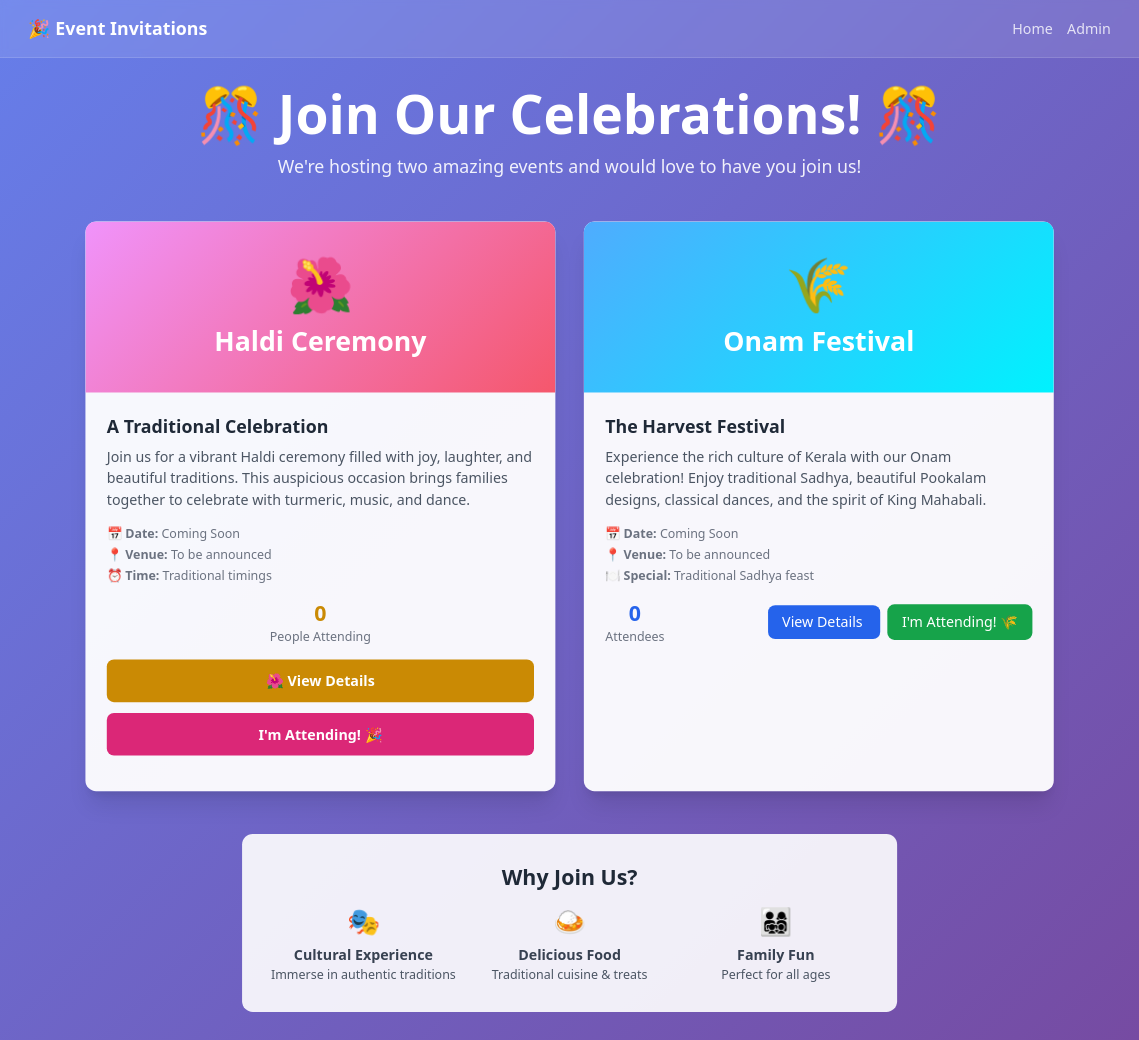
Repository: nanduldas/invitation
Page: http://localhost/
The author's editor kept a copy of each file at every save. The page is drawn from the files as they stood at one save, then again after a run of saves.
The browser window is 1280 px wide. The pictures show the whole page, at 89% of full size.
Some web libraries are served in a nearby version. The page is served by the project's Laravel application, run on PHP 8.4 with Laravel 12. Other server files are loaded and not shown. Queries for data that is not in the repository find no rows.

Above is the page before, as saved 2025-08-22 23:35:43.

### routes/web.php
<?php

use Illuminate\Support\Facades\Route;
use App\Http\Controllers\EventController;

Route::get('/', [EventController::class, 'index'])->name('home');
Route::get('/event/{event}', [EventController::class, 'show'])->name('event.show');
Route::post('/register', [EventController::class, 'register'])->name('register');
Route::get('/admin/attendees', [EventController::class, 'admin'])->name('admin.attendees');

### app/Http/Controllers/EventController.php
<?php

namespace App\Http\Controllers;

use Illuminate\Http\Request;
use App\Models\Attendee;
use Illuminate\Support\Facades\Validator;

class EventController extends Controller
{
    public function index()
    {
        $haldiCount = Attendee::forEvent('haldi')->count();
        $onamCount = Attendee::forEvent('onam')->count();

        return view('events.index', compact('haldiCount', 'onamCount'));
    }

    public function show($event)
    {
        if (!in_array($event, ['haldi', 'onam'])) {
            abort(404);
        }

        $attendeesCount = Attendee::forEvent($event)->count();

        return view('events.show', compact('event', 'attendeesCount'));
    }

    public function register(Request $request)
    {
        $validator = Validator::make($request->all(), [
            'name' => 'required|string|max:255',
            'phone' => 'required|string|max:20',
            'event' => 'required|in:haldi,onam'
        ]);

        if ($validator->fails()) {
            return response()->json([
                'success' => false,
                'message' => 'Please fill all fields correctly.'
            ], 422);
        }

        // Check if attendee already exists based on phone number
        $existingAttendee = Attendee::where('phone', $request->phone)->first();

        if ($existingAttendee) {
            return response()->json([
                'success' => true,
                'message' => 'You are already on our list, thank you! 🎉',
                'attendee_count' => Attendee::forEvent($request->event)->count()
            ]);
        }

        // Create new attendee
        $attendee = Attendee::create([
            'name' => $request->name,
            'phone' => $request->phone,
            'event' => $request->event
        ]);

        $attendeeCount = Attendee::forEvent($request->event)->count();

        return response()->json([
            'success' => true,
            'message' => "Welcome to our celebration, {$request->name}! 🌟 We're excited to have you join us!",
            'attendee_count' => $attendeeCount
        ]);
    }

    public function admin()
    {
        $haldiAttendees = Attendee::forEvent('haldi')->get();
        $onamAttendees = Attendee::forEvent('onam')->get();

        return view('admin.attendees', compact('haldiAttendees', 'onamAttendees'));
    }
}

### app/Models/Attendee.php
<?php

namespace App\Models;

use Illuminate\Database\Eloquent\Model;

class Attendee extends Model
{
    protected $fillable = [
        'name',
        'phone',
        'event'
    ];

    protected $casts = [
        'event' => 'string'
    ];

    public function scopeForEvent($query, $event)
    {
        return $query->where('event', $event);
    }
}

### resources/views/events/index.blade.php
@extends('layouts.app')

@section('title', 'Welcome - Event Invitations')

@section('content')
<div class="max-w-6xl mx-auto px-4 sm:px-6 lg:px-8">
    <div class="text-center mb-12">
        <h1 class="text-4xl md:text-6xl font-bold text-white mb-4">
            🎊 Join Our Celebrations! 🎊
        </h1>
        <p class="text-xl text-white/90 mb-8">
            We're hosting two amazing events and would love to have you join us!
        </p>
    </div>

    <div class="grid md:grid-cols-2 gap-8 mb-12">
        <!-- Haldi Event Card -->
        <div class="bg-white/95 rounded-xl shadow-xl overflow-hidden card-hover">
            <div class="gradient-haldi h-48 flex items-center justify-center">
                <div class="text-center text-white">
                    <div class="text-6xl mb-4">🌺</div>
                    <h2 class="text-3xl font-bold">Haldi Ceremony</h2>
                </div>
            </div>
            <div class="p-6">
                <div class="mb-4">
                    <h3 class="text-xl font-semibold text-gray-800 mb-2">A Traditional Celebration</h3>
                    <p class="text-gray-600 mb-4">
                        Join us for a vibrant Haldi ceremony filled with joy, laughter, and beautiful traditions.
                        This auspicious occasion brings families together to celebrate with turmeric, music, and dance.
                    </p>
                    <div class="text-sm text-gray-500 space-y-1">
                        <p>📅 <strong>Date:</strong> Coming Soon</p>
                        <p>📍 <strong>Venue:</strong> To be announced</p>
                        <p>⏰ <strong>Time:</strong> Traditional timings</p>
                    </div>
                </div>
                <div class="mb-4">
                    <div class="text-center mb-4">
                        <div class="text-2xl font-bold text-yellow-600 attendee-count" data-event="haldi">{{ $haldiCount }}</div>
                        <div class="text-sm text-gray-500">People Attending</div>
                    </div>
                    <div class="space-y-3">
                        <a href="{{ route('event.show', 'haldi') }}"
                           class="block w-full px-4 py-3 bg-yellow-600 text-white text-center rounded-lg hover:bg-yellow-700 transition-colors font-semibold">
                            🌺 View Details
                        </a>
                        <button onclick="openModal('haldi')"
                                class="w-full px-4 py-3 bg-pink-600 text-white rounded-lg hover:bg-pink-700 transition-colors font-semibold">
                            I'm Attending! 🎉
                        </button>
                    </div>
                </div>
            </div>
        </div>

        <!-- Onam Event Card -->
        <div class="bg-white/95 rounded-xl shadow-xl overflow-hidden card-hover">
            <div class="gradient-onam h-48 flex items-center justify-center">
                <div class="text-center text-white">
                    <div class="text-6xl mb-4">🌾</div>
                    <h2 class="text-3xl font-bold">Onam Festival</h2>
                </div>
            </div>
            <div class="p-6">
                <div class="mb-4">
                    <h3 class="text-xl font-semibold text-gray-800 mb-2">The Harvest Festival</h3>
                    <p class="text-gray-600 mb-4">
                        Experience the rich culture of Kerala with our Onam celebration! Enjoy traditional Sadhya,
                        beautiful Pookalam designs, classical dances, and the spirit of King Mahabali.
                    </p>
                    <div class="text-sm text-gray-500 space-y-1">
                        <p>📅 <strong>Date:</strong> Coming Soon</p>
                        <p>📍 <strong>Venue:</strong> To be announced</p>
                        <p>🍽️ <strong>Special:</strong> Traditional Sadhya feast</p>
                    </div>
                </div>
                <div class="flex items-center justify-between">
                    <div class="text-center">
                        <div class="text-2xl font-bold text-blue-600 attendee-count" data-event="onam">{{ $onamCount }}</div>
                        <div class="text-sm text-gray-500">Attendees</div>
                    </div>
                    <div class="space-x-2">
                        <a href="{{ route('event.show', 'onam') }}"
                           class="px-4 py-2 bg-blue-600 text-white rounded-lg hover:bg-blue-700 transition-colors">
                            View Details
                        </a>
                        <button onclick="openModal('onam')"
                                class="px-4 py-2 bg-green-600 text-white rounded-lg hover:bg-green-700 transition-colors">
                            I'm Attending! 🌾
                        </button>
                    </div>
                </div>
            </div>
        </div>
    </div>

    <div class="text-center">
        <div class="bg-white/90 rounded-xl p-8 inline-block">
            <h3 class="text-2xl font-bold text-gray-800 mb-4">Why Join Us?</h3>
            <div class="grid md:grid-cols-3 gap-6 text-center">
                <div>
                    <div class="text-3xl mb-2">🎭</div>
                    <h4 class="font-semibold text-gray-700">Cultural Experience</h4>
                    <p class="text-sm text-gray-600">Immerse in authentic traditions</p>
                </div>
                <div>
                    <div class="text-3xl mb-2">🍛</div>
                    <h4 class="font-semibold text-gray-700">Delicious Food</h4>
                    <p class="text-sm text-gray-600">Traditional cuisine & treats</p>
                </div>
                <div>
                    <div class="text-3xl mb-2">👨‍👩‍👧‍👦</div>
                    <h4 class="font-semibold text-gray-700">Family Fun</h4>
                    <p class="text-sm text-gray-600">Perfect for all ages</p>
                </div>
            </div>
        </div>
    </div>
</div>
@endsection

### resources/views/layouts/app.blade.php
<!DOCTYPE html>
<html lang="en">
<head>
    <meta charset="UTF-8">
    <meta name="viewport" content="width=device-width, initial-scale=1.0">
    <meta name="csrf-token" content="{{ csrf_token() }}">
    <title>@yield('title', 'Event Invitations')</title>
    <script src="https://cdn.tailwindcss.com"></script>
    <script src="https://code.jquery.com/jquery-3.6.0.min.js"></script>
    <style>
        .gradient-bg {
            background: linear-gradient(135deg, #667eea 0%, #764ba2 100%);
        }
        .gradient-haldi {
            background: linear-gradient(135deg, #f093fb 0%, #f5576c 100%);
        }
        .gradient-onam {
            background: linear-gradient(135deg, #4facfe 0%, #00f2fe 100%);
        }
        .card-hover {
            transition: transform 0.3s ease, box-shadow 0.3s ease;
        }
        .card-hover:hover {
            transform: translateY(-5px);
            box-shadow: 0 20px 25px -5px rgba(0, 0, 0, 0.1), 0 10px 10px -5px rgba(0, 0, 0, 0.04);
        }
        .modal {
            transition: opacity 0.25s ease;
        }
        .modal-backdrop {
            background-color: rgba(0, 0, 0, 0.5);
        }
    </style>
</head>
<body class="min-h-screen gradient-bg">
    <nav class="bg-white/10 backdrop-blur-sm border-b border-white/20">
        <div class="max-w-7xl mx-auto px-4 sm:px-6 lg:px-8">
            <div class="flex justify-between h-16">
                <div class="flex items-center">
                    <a href="{{ route('home') }}" class="text-white text-xl font-bold">
                        🎉 Event Invitations
                    </a>
                </div>
                <div class="flex items-center space-x-4">
                    <a href="{{ route('home') }}" class="text-white/80 hover:text-white transition-colors">
                        Home
                    </a>
                    <a href="{{ route('admin.attendees') }}" class="text-white/80 hover:text-white transition-colors">
                        Admin
                    </a>
                </div>
            </div>
        </div>
    </nav>

    <main class="py-8">
        @yield('content')
    </main>

    <!-- Registration Modal -->
    <div id="registrationModal" class="modal fixed inset-0 z-50 hidden">
        <div class="modal-backdrop fixed inset-0" onclick="closeModal()"></div>
        <div class="fixed inset-0 flex items-center justify-center p-4">
            <div class="bg-white rounded-lg shadow-xl max-w-md w-full mx-4 transform transition-all">
                <div class="p-6">
                    <div class="flex justify-between items-center mb-4">
                        <h3 class="text-lg font-semibold text-gray-900">Register for Event</h3>
                        <button onclick="closeModal()" class="text-gray-400 hover:text-gray-600">
                            <svg class="w-6 h-6" fill="none" stroke="currentColor" viewBox="0 0 24 24">
                                <path stroke-linecap="round" stroke-linejoin="round" stroke-width="2" d="M6 18L18 6M6 6l12 12"></path>
                            </svg>
                        </button>
                    </div>

                    <form id="registrationForm">
                        @csrf
                        <input type="hidden" id="eventType" name="event" value="">

                        <div class="mb-4">
                            <label for="name" class="block text-sm font-medium text-gray-700 mb-2">Full Name</label>
                            <input type="text" id="name" name="name" required
                                   class="w-full px-3 py-2 border border-gray-300 rounded-md focus:outline-none focus:ring-2 focus:ring-blue-500">
                        </div>

                        <div class="mb-6">
                            <label for="phone" class="block text-sm font-medium text-gray-700 mb-2">Phone Number</label>
                            <input type="tel" id="phone" name="phone" required
                                   class="w-full px-3 py-2 border border-gray-300 rounded-md focus:outline-none focus:ring-2 focus:ring-blue-500">
                        </div>

                        <div class="flex space-x-3">
                            <button type="button" onclick="closeModal()"
                                    class="flex-1 px-4 py-2 text-gray-600 border border-gray-300 rounded-md hover:bg-gray-50 transition-colors">
                                Cancel
                            </button>
                            <button type="submit"
                                    class="flex-1 px-4 py-2 bg-blue-600 text-white rounded-md hover:bg-blue-700 transition-colors">
                                Register
                            </button>
                        </div>
                    </form>
                </div>
            </div>
        </div>
    </div>

    <script>
        function openModal(event) {
            document.getElementById('eventType').value = event;
            document.getElementById('registrationModal').classList.remove('hidden');
            document.body.style.overflow = 'hidden';
        }

        function closeModal() {
            document.getElementById('registrationModal').classList.add('hidden');
            document.body.style.overflow = 'auto';
            document.getElementById('registrationForm').reset();
        }

        $(document).ready(function() {
            $('#registrationForm').on('submit', function(e) {
                e.preventDefault();

                $.ajax({
                    url: '{{ route("register") }}',
                    method: 'POST',
                    data: $(this).serialize(),
                    success: function(response) {
                        alert(response.message);
                        if (response.attendee_count) {
                            // Update the count on the page
                            const event = $('#eventType').val();
                            $('.attendee-count[data-event="' + event + '"]').text(response.attendee_count);
                        }
                        closeModal();
                    },
                    error: function(xhr) {
                        const response = JSON.parse(xhr.responseText);
                        alert(response.message || 'An error occurred. Please try again.');
                    }
                });
            });
        });

        // ESC key to close modal
        document.addEventListener('keydown', function(e) {
            if (e.key === 'Escape') {
                closeModal();
            }
        });
    </script>

    @yield('scripts')
</body>
</html>

Loaded but not shown: app/Http/Controllers/Controller.php (common file)

After the next 2 saves:
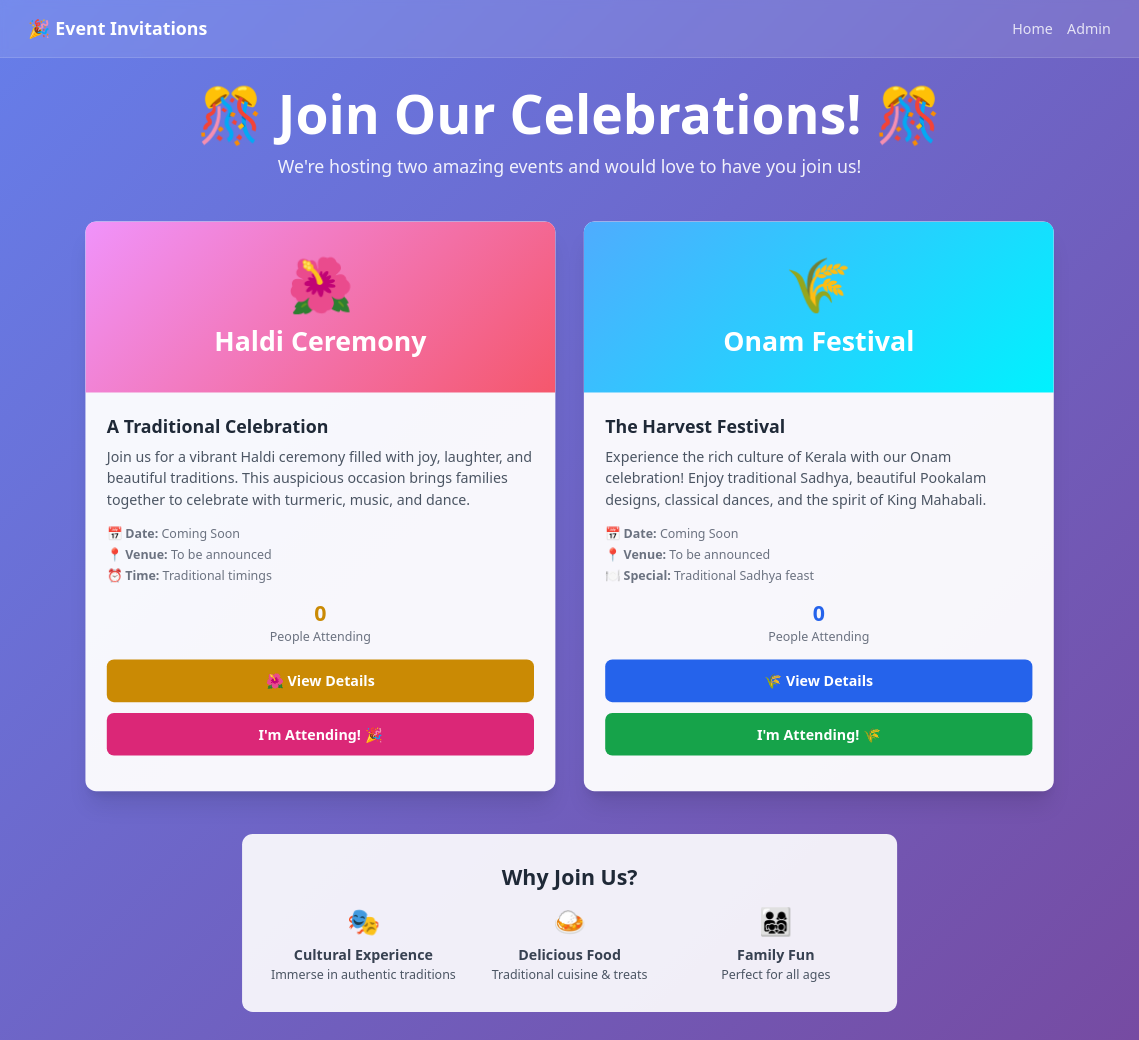
The 2 saves are shown as one change because 1 did not build or start.
The last was saved 2 min 27 s later.
--- a/resources/views/events/index.blade.php
+++ b/resources/views/events/index.blade.php
@@ -75,18 +75,18 @@
                         <p>🍽️ <strong>Special:</strong> Traditional Sadhya feast</p>
                     </div>
                 </div>
-                <div class="flex items-center justify-between">
-                    <div class="text-center">
+                <div class="mb-4">
+                    <div class="text-center mb-4">
                         <div class="text-2xl font-bold text-blue-600 attendee-count" data-event="onam">{{ $onamCount }}</div>
-                        <div class="text-sm text-gray-500">Attendees</div>
+                        <div class="text-sm text-gray-500">People Attending</div>
                     </div>
-                    <div class="space-x-2">
+                    <div class="space-y-3">
                         <a href="{{ route('event.show', 'onam') }}"
-                           class="px-4 py-2 bg-blue-600 text-white rounded-lg hover:bg-blue-700 transition-colors">
-                            View Details
+                           class="block w-full px-4 py-3 bg-blue-600 text-white text-center rounded-lg hover:bg-blue-700 transition-colors font-semibold">
+                            🌾 View Details
                         </a>
                         <button onclick="openModal('onam')"
-                                class="px-4 py-2 bg-green-600 text-white rounded-lg hover:bg-green-700 transition-colors">
+                                class="w-full px-4 py-3 bg-green-600 text-white rounded-lg hover:bg-green-700 transition-colors font-semibold">
                             I'm Attending! 🌾
                         </button>
                     </div>
